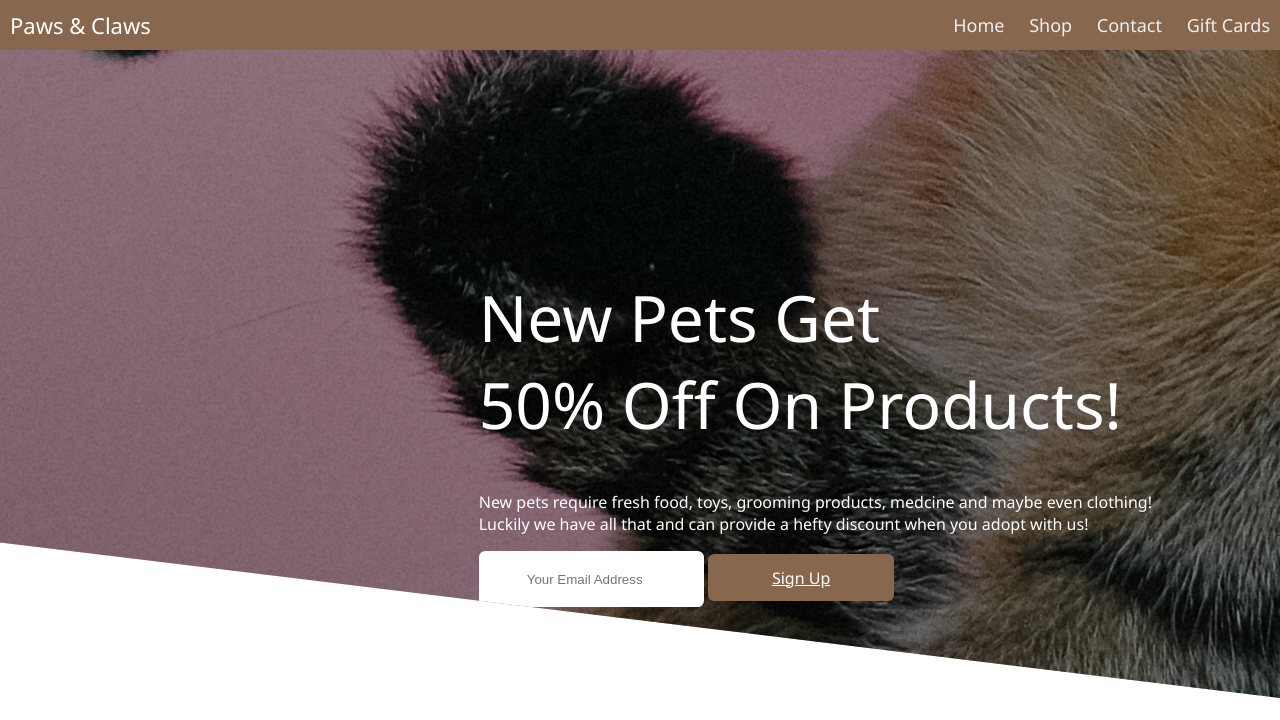
Repository: LtGriff/petProject
Page: dist/about.html
These files come from the project's save history. The page is drawn as it stood at one moment and after the next save; the edit follows.
The browser window is 1280 px wide. The pictures show the whole page.

Above is the page before, as saved 2022-05-19 07:47:22.

### dist/about.html
<!DOCTYPE html>
<html lang="en">
<head>
    <meta charset="UTF-8">
    <meta http-equiv="X-UA-Compatible" content="IE=edge">
    <meta name="viewport" content="width=device-width, initial-scale=1.0">
    <link rel="stylesheet" type="text/css" href="../CSS/about.css">
    <title>About the Animal House</title>
</head>
<body>
<!-------------NAV***************BAR----------------------->

    <div class="nav">
        <input type="checkbox" id="nav-check">
        <div class="nav-header">
          <div class="nav-title">
            Paws & Claws
          </div>
        </div>
        <div class="nav-btn">
          <label for="nav-check">
            <span></span>
            <span></span>
            <span></span>
          </label>
        </div>

        <div class="nav-links">
          <a href="index.html" target="">Home</a>
          <a href="shop.html" target="_blank">Shop</a>
          <a href="contact.html" target="_blank">Contact</a>
          <a href="giftcard.html" target="_blank">Gift Cards</a>
        </div>
      </div>

    <!-------------NAV*******BAR********END----------------------->


 <!------------------HEADER*******SECTION---------------------->


 <div class="dogfield"></div>

 <header id="header-section">
  <div class="header-text container">
      <h1>New Pets Get <br> 50%  Off On Products!</h1>
      <p>
         New pets require fresh food, toys, grooming products, medcine and maybe even clothing!<br> Luckily we have all that and can provide a hefty discount when you adopt with us!
      </p>
      <input id="userInput" type="email" placeholder="Your Email Address" required>
      <a class="cta" href="#">Sign Up</a>
      <p id="error">Please provide a valid email address</p>
  </div>
</header>










</body>
</html>

### dist/CSS/about.css
/** NAV BAR **/

* {
    box-sizing: border-box;
  }

  body {
    margin: 0px;
    font-family: 'segoe ui';
  }

  .nav {
    height: 50px;
    width: 100%;
    background-color: #87684e;

  /**
    opacity: .5;
    filter: alpha(opacity=50);
    position: relative;**/
    /* z-index: ; */


    box-shadow:
    0 2.8px 2.2px rgba(0, 0, 0, 0.034),
    0 6.7px 5.3px rgba(0, 0, 0, 0.048),
    0 12.5px 10px rgba(0, 0, 0, 0.06),
    0 22.3px 17.9px rgba(11, 4, 4, 0.072),
    0 41.8px 33.4px rgba(0, 0, 0, 0.086),
    0 100px 80px rgba(0, 0, 0, 0.12);
  }

  .nav > .nav-header {
    display: inline;
  }

  .nav > .nav-header > .nav-title {
    display: inline-block;
    font-size: 22px;
    color: #fff;
    padding: 10px 10px 10px 10px;
  }

  .nav > .nav-btn {
    display: none;
  }

  .nav > .nav-links {
    display: inline;
    float: right;
    z-index: 9;
    font-size: 18px;
  }

  .nav > .nav-links > a {
    display: inline-block;
    padding: 13px 10px 13px 10px;
    text-decoration: none;
    color: #efefef;
  }

  .nav > .nav-links > a:hover {
    background-color: rgba(0, 0, 0, 0.3);
  }

  .nav > #nav-check {
    display: none;
  }


 /** HEADER SECTION **/

#header-section{
    height: 90vh;
    background-image: linear-gradient(
        to left bottom,
        rgba(0, 0, 0, 0.4),
        rgba(0, 0, 0, 0.5)),
    url("../img/catpink.jpg");
    background-attachment:fixed;
    background-position: 25% 75%;
    background-repeat: no-repeat;
    position: relative;
    object-fit: cover;
    clip-path: polygon(0% 0%,100% 0%,100% 100%,0% 76%);

  }



  .header-text {
    position: absolute;
    top: 28%;
    right: 10%;
    color: #ffffff;
  }

  .header-text h1 {
    font-size: 4rem;
    font-weight: 500;
  }

  .header-text p {
    margin-bottom: 1rem;
  }

  #header-section input {
    width: 225px;
    height: 3.5rem;
    border-radius: 0.4rem;
    border: none;
    padding: 0.5rem 3rem;
  }

  .cta {
    background-color: #87684e;
    padding: 0.8rem 4rem;
    border-radius: 0.4rem;
    color: #fff;
    font-weight: 400;
  }

  .cta:hover {
    transform: translateY(-3px);
    box-shadow: 0 1rem 2rem rgba(0, 0, 0, .2);
  }

  .cta:active {
    transform: translateY(-1px);
    box-shadow: 0 .5rem 1rem rgba(0, 0, 0, .2);
  }

  .cta::after {
    content: "";
    display: inline-block;
    height: 100%;
    width: 100%;
    border-radius: 10rem;
    position: absolute;
    top: 0;
    left: 0;
    z-index: -1;
    transition: all .4s;
  }

  .cta:hover::after {
    transform: scaleX(1.4) scaleY(1.6);
    opacity: 0;
  }

  #error {
    color: red;
    font-weight: 600;
    display: none;
    margin-top: 1rem;
    transition: all 0.5s ease-in;
  }

@media (max-width:600px) {
    .nav > .nav-btn {
      display: inline-block;
      position: absolute;
      right: 0px;
      top: 0px;
    }
    .nav > .nav-btn > label {
      display: inline-block;
      width: 50px;
      height: 50px;
      padding: 13px;
    }
    .nav > .nav-btn > label:hover,.nav  #nav-check:checked ~ .nav-btn > label {
      background-color: rgba(0, 0, 0, 0.3);
    }
    .nav > .nav-btn > label > span {
      display: block;
      width: 25px;
      height: 10px;
      border-top: 2px solid #eee;
    }
    .nav > .nav-links {
      position: absolute;
      display: block;
      width: 100%;
      background: rgb(234,212,189);
      background: linear-gradient(7deg, rgba(234,212,189,1) 0%, rgba(204,175,140,1) 24%, rgba(191,161,124,1) 64%, rgba(135,104,78,1) 98%);
      height: 0px;
      transition: all 0.3s ease-in;
      overflow-y: hidden;
      top: 50px;
      left: 0px;
    }
    .nav > .nav-links > a {
      display: block;
      width: 100%;
    }
    .nav > #nav-check:not(:checked) ~ .nav-links {
      height: 0px;
    }
    .nav > #nav-check:checked ~ .nav-links {
      height: calc(28vh - 50px);
      overflow-y: auto;
    }

  }

After the next save:
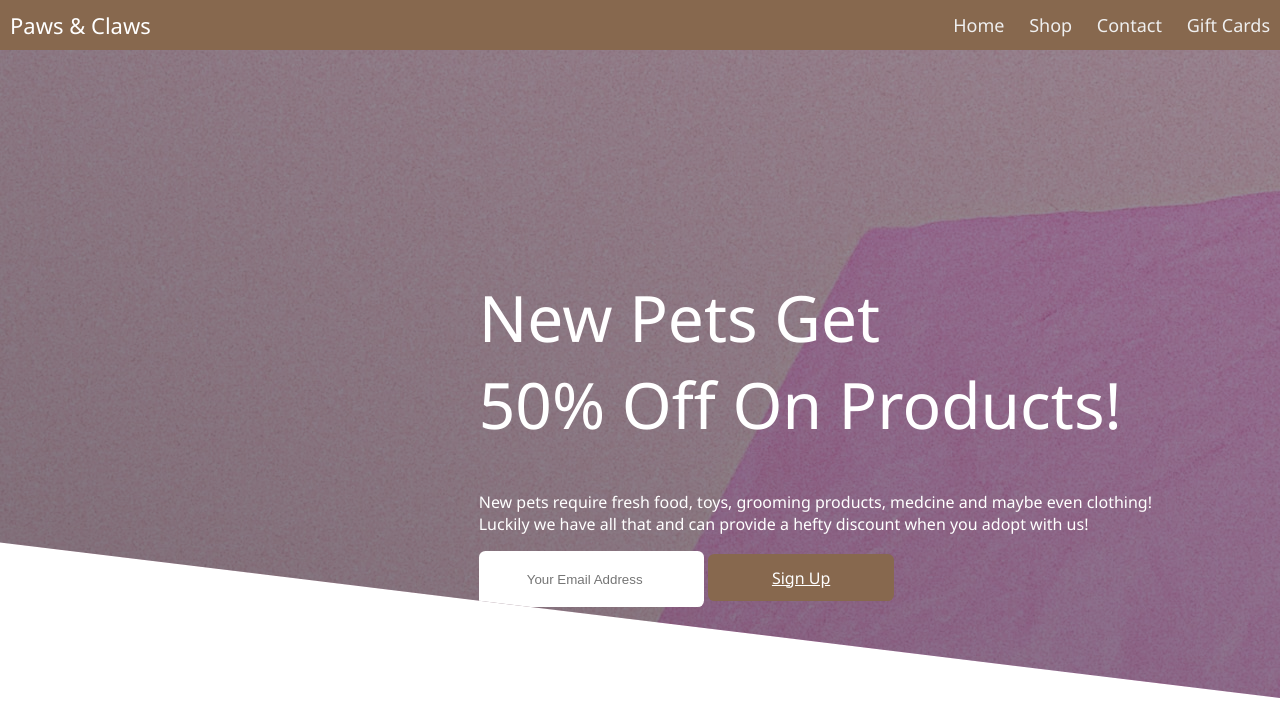
Saved 6 s later.
--- a/dist/CSS/about.css
+++ b/dist/CSS/about.css
@@ -78,7 +78,6 @@
         rgba(0, 0, 0, 0.5)),
     url("../img/catpink.jpg");
     background-attachment:fixed;
-    background-position: 25% 75%;
     background-repeat: no-repeat;
     position: relative;
     object-fit: cover;
